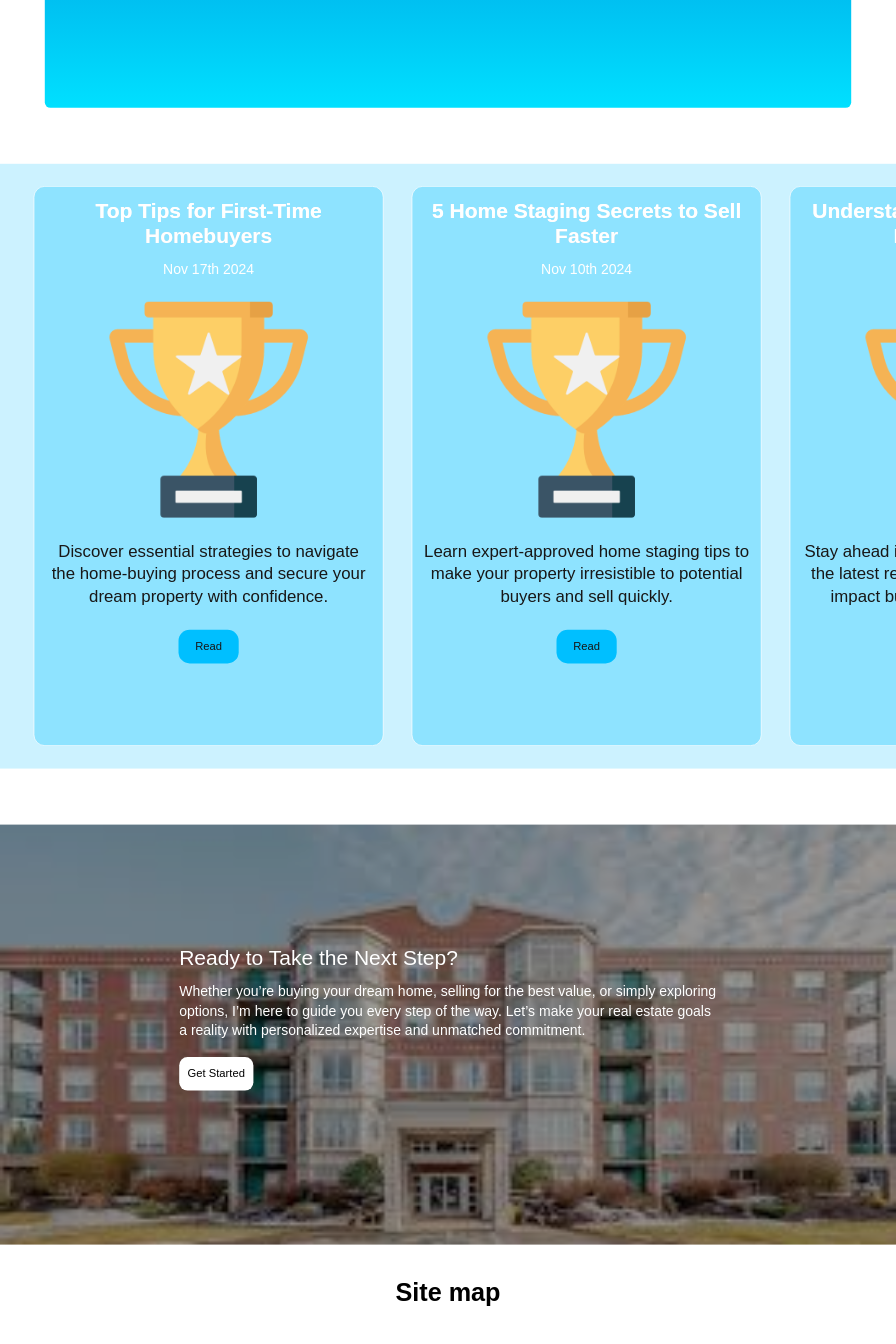
Repository: TMuse333/bonnie-website-
Page: / (app in frontend/)
The author's editor kept a copy of each file at every save. The page is drawn from the files as they stood at one save, then again after the next save.
The browser window is 1280 px wide. The pictures show the part of the page from y = 4580 to 6500 px (the page is 6698 px tall), at 70% of full size.
The project was rebuilt for these pictures with package versions that can differ from the ones it lists, and the page was loaded fresh each time. The framework's server and built-in components were replaced by stand-ins that run in the browser. Also part of the build but not shown: frontend/next.config.mjs.

Above is the page before, as saved 2024-11-18 13:11:58.

After the next save:
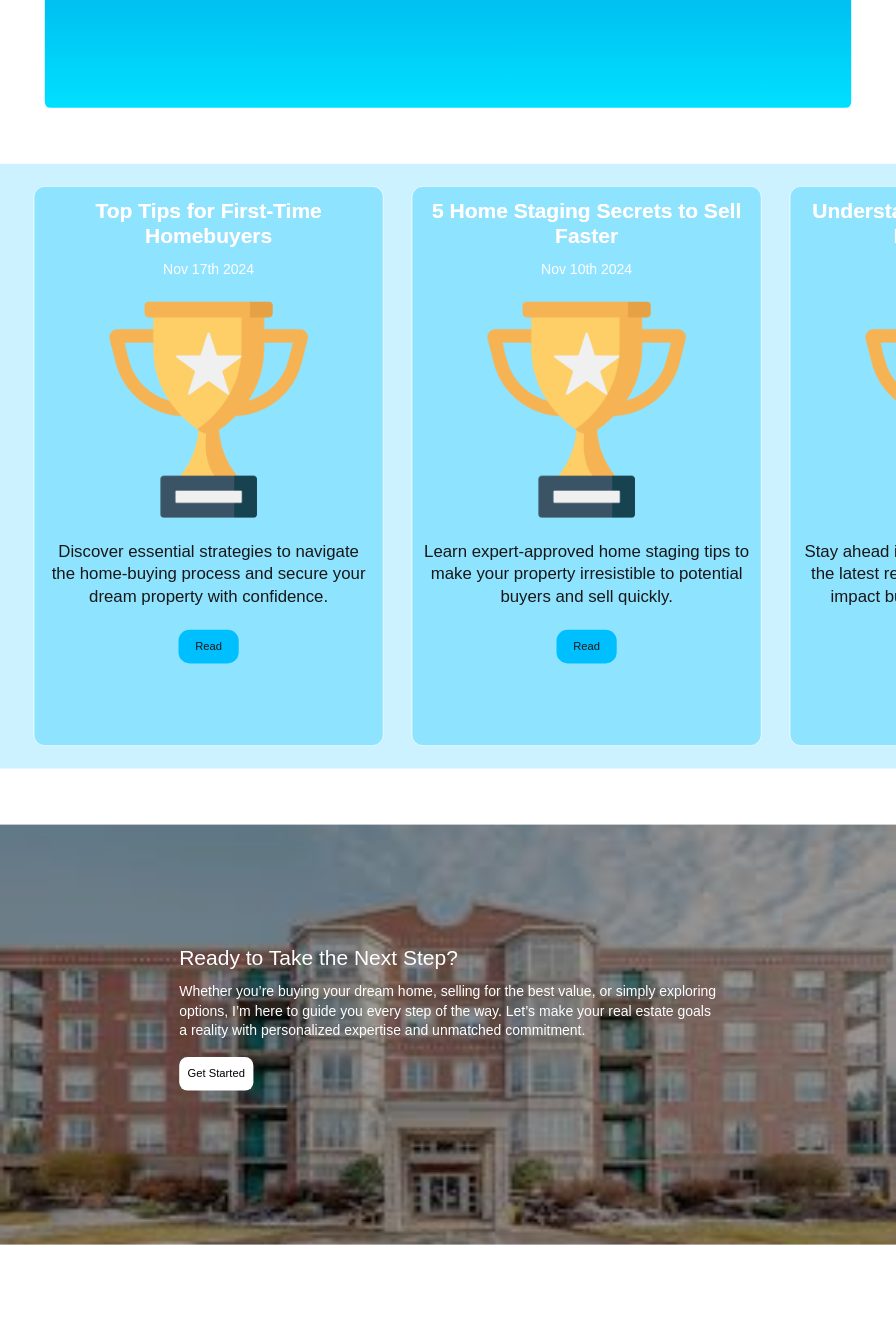
Saved 3 min 25 s later.
--- a/frontend/src/app/components/footer/footer.tsx
+++ b/frontend/src/app/components/footer/footer.tsx
@@ -118,7 +118,7 @@
         id={id}
          className="w-screen relative flex flex-col
         items-center justify-center mx-auto  my-12
-        text-black md:w-[90vw]" >
+        text-white md:w-[90vw]" >
             <h6 className="text-3xl sm:text-4xl font-semibold
             mb-8">Site map</h6>
 
